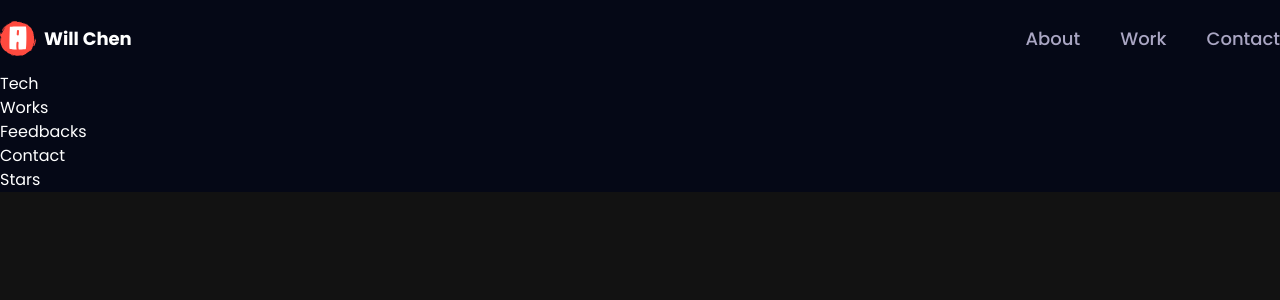
Repository: smallchungus/updatedPersonalWebsite
Page: /
These files come from the project's save history. The page is drawn as it stood at one moment and after the next save; the edit follows.
The browser window is 1280 px wide. The pictures show the whole page.
The project was rebuilt for these pictures with package versions that can differ from the ones it lists, and the page was loaded fresh each time. Also part of the build but not shown: vite.config.js, src/components/canvas/Earth.jsx, src/components/canvas/Ball.jsx, src/components/canvas/Computers.jsx.

Above is the page before, as saved 2023-11-26 11:32:43.

After the next save:
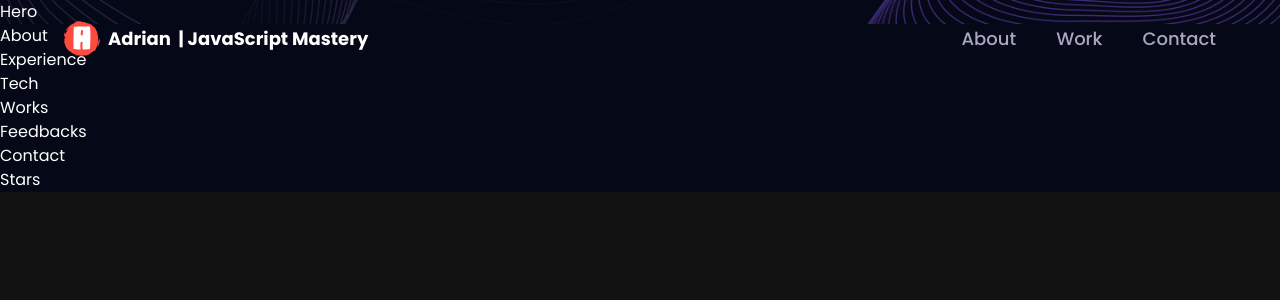
Saved 4 min 39 s later.
--- a/src/components/Navbar.jsx
+++ b/src/components/Navbar.jsx
@@ -1,43 +1,69 @@
-import React, {useEffect, useState } from 'react';
-import { Link } from 'react-router-dom';
+import React, { useEffect, useState } from "react";
+import { Link } from "react-router-dom";
 
-import { styles } from '../styles';
-import { navLinks } from '../constants';
-import {logo, menu, close } from '../assets';
+import { styles } from "../styles";
+import { navLinks } from "../constants";
+import { logo, menu, close } from "../assets";
 
 const Navbar = () => {
-  const [active, setActive] =useState('');
+  const [active, setActive] = useState("");
   const [toggle, setToggle] = useState(false);
+  const [scrolled, setScrolled] = useState(false);
+
+  useEffect(() => {
+    const handleScroll = () => {
+      const scrollTop = window.scrollY;
+      if (scrollTop > 100) {
+        setScrolled(true);
+      } else {
+        setScrolled(false);
+      }
+    };
+
+    window.addEventListener("scroll", handleScroll);
+
+    return () => window.removeEventListener("scroll", handleScroll);
+  }, []);
+
   return (
     <nav
-      className={`${styles.paddindX} w-full flex items-center py-5 fixed top-0 z-20 bg-primary`}
+      className={`${
+        styles.paddingX
+      } w-full flex items-center py-5 fixed top-0 z-20 ${
+        scrolled ? "bg-primary" : "bg-transparent"
+      }`}
     >
       <div className='w-full flex justify-between items-center max-w-7xl mx-auto'>
         <Link
           to='/'
           className='flex items-center gap-2'
-            onClick={() =>{
+          onClick={() => {
             setActive("");
-            window.scrollTo(0,0);
-            }}
+            window.scrollTo(0, 0);
+          }}
+        >
+          <img src={logo} alt='logo' className='w-9 h-9 object-contain' />
+          <p className='text-white text-[18px] font-bold cursor-pointer flex '>
+            Adrian &nbsp;
+            <span className='sm:block hidden'> | JavaScript Mastery</span>
+          </p>
+        </Link>
+
+        <ul className='list-none hidden sm:flex flex-row gap-10'>
+          {navLinks.map((nav) => (
+            <li
+              key={nav.id}
+              className={`${
+                active === nav.title ? "text-white" : "text-secondary"
+              } hover:text-white text-[18px] font-medium cursor-pointer`}
+              onClick={() => setActive(nav.title)}
             >
-              <img src={logo} alt="logo" className="w-9 h-9 object-contain" />
-              <p className ="text-white text-[18px] font-bold cursor-pointer">Will Chen</p>
-          </Link>
-          <ul className='list-none hidden sm:flex flex-row gap-10'>
-            {navLinks.map((nav) => (
-              <li
-                  key={nav.id}
-                  className={`${
-                  active === nav.title ? "text-white" : "text-secondary"
-                  } hover:text-white text-[18px] font-medium cursor-pointer`}
-                   onClick={() => setActive(nav.title)}
-               >
-                <a href={`#${nav.id}`}>{nav.title}</a>
-              </li>
-            ))}
-          </ul>
-          <div className='sm:hidden flex flex-1 justify-end items-center'>
+              <a href={`#${nav.id}`}>{nav.title}</a>
+            </li>
+          ))}
+        </ul>
+
+        <div className='sm:hidden flex flex-1 justify-end items-center'>
           <img
             src={toggle ? close : menu}
             alt='menu'
@@ -70,7 +96,7 @@ const Navbar = () => {
         </div>
       </div>
     </nav>
-  )
-}
+  );
+};
 
-export default Navbar
+export default Navbar;
